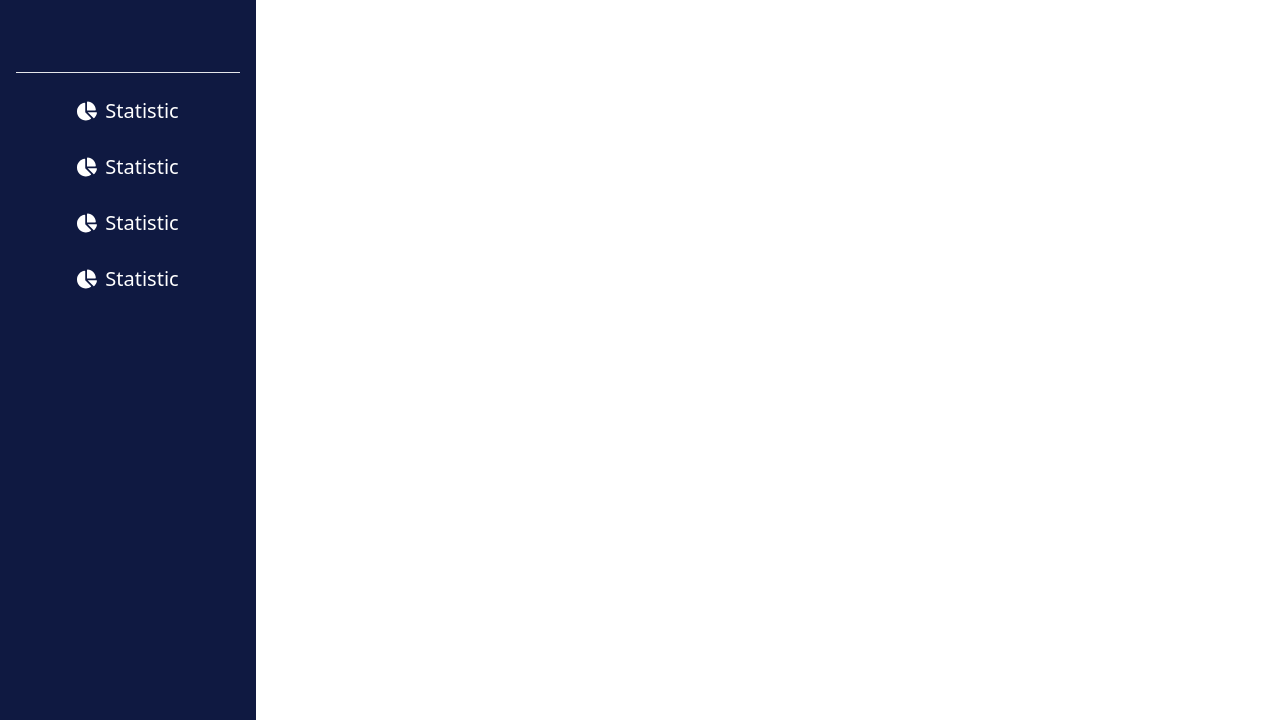
Repository: huynhvanngoan/COMP1640FE-Template
Page: /admin
An editor plug-in stored every save of this project. The page is shown before and after the next save, followed by the edit.
The browser window is 1280 px wide. The pictures show the whole page.
The project was rebuilt for these pictures with package versions that can differ from the ones it lists, and the page was loaded fresh each time. Also part of the build but not shown: src/components/buttonStyles.js, src/pages/LoginPage.jsx, src/pages/admin/AdminDashboard.jsx, src/pages/student/StudentDashboard.jsx, src/pages/department/DepartmentDashboard.jsx, src/pages/marketing/MarketingDashboard.jsx, src/pages/guest/GuestDashboard.jsx.

Above is the page before, as saved 2024-03-24 00:57:40.

### src/index.js
import React from 'react';
import ReactDOM from 'react-dom/client';
import './index.css';
import App from './App';

const root = ReactDOM.createRoot(document.getElementById('root'));
root.render(
  <React.StrictMode>
      <App />
  </React.StrictMode>
)

### src/index.css
@import url('https://fonts.googleapis.com/css2?family=Inter:wght@100;200;300;400;500;600;700;800;900&display=swap');
@tailwind base;
@tailwind components;
@tailwind utilities;

### src/App.js
import React from 'react'
import { BrowserRouter as Router, Routes, Route, Navigate } from "react-router-dom";
import LoginPage from './pages/LoginPage';
import AdminDashboard from './pages/admin/AdminDashboard';
import StudentDashboard from './pages/student/StudentDashboard';
import DepartmentDashboard from './pages/department/DepartmentDashboard';
import MarketingDashboard from './pages/marketing/MarketingDashboard';
import GuestDashboard from './pages/guest/GuestDashboard';
import Layout from './pages/admin/layout';
const App = () => {


  return (
    <Router>
        <Routes>
          <Route path="/login" element={<LoginPage/>} />

          <Route path="/admin" element={<Layout />}/>

          <Route path="/student-dashboard" element={<StudentDashboard />}/>

          <Route path="/guest-dashboard" element={<GuestDashboard />}/>

          <Route path="/department-dashboard" element={<DepartmentDashboard />}/>

          <Route path="/marketing-dashboard" element={<MarketingDashboard />}/>

          {/* <Route path='/marketing-homepage' element={<MarketingHomePage  />}/> */}

          <Route path='*' element={<Navigate to="/login" />} />

        </Routes>
    </Router>
  )
}

export default App

### src/pages/admin/layout.js
import React from 'react';
import Sidebar from './Sidebar';


export default function Layout() {
  return (
    <>
        <Sidebar />
    </>
  );
}

### src/pages/admin/Sidebar.js
import React from 'react';
import { Link } from 'react-router-dom';
import { FaChartPie } from "react-icons/fa";

export default function Sidebar() {
  return (
    <div className='fixed left-0 top-0 w-64 h-full bg-[#0f1941] p-4 pt-14'>
        <div className='flex items-center'>
          <ul className='mt-4 border-t pt-4 w-full'>
            <li className='mb-3'>
              <Link to="#" className='flex w-full rounded-md justify-center items-center space-x-2 text-white px-4 py-2 text-xl hover:bg-[#080e24] '>
                <FaChartPie />
                <span>Statistic</span>
              </Link>
            </li>
            <li className='mb-3'>
              <Link to="#" className='flex w-full rounded-md justify-center items-center space-x-2 text-white px-4 py-2 text-xl hover:bg-[#080e24] '>
                <FaChartPie />
                <span>Statistic</span>
              </Link>
            </li>
            <li className='mb-3'>
              <Link to="#" className='flex w-full rounded-md justify-center items-center space-x-2 text-white px-4 py-2 text-xl hover:bg-[#080e24] '>
                <FaChartPie />
                <span>Statistic</span>
              </Link>
            </li>
            <li className='mb-3'>
              <Link to="#" className='flex w-full rounded-md justify-center items-center space-x-2 text-white px-4 py-2 text-xl hover:bg-[#080e24] '>
                <FaChartPie />
                <span>Statistic</span>
              </Link>
            </li>
          </ul>
        </div>
    </div>
  );
}

### tailwind.config.js
/** @type {import('tailwindcss').Config} */
module.exports = {
  content: [
    "./src/**/*.{js,jsx,ts,tsx}",
  ],
  theme: {
    extend: {
      fontFamily: {
        "inter": ["Inter", "sans-serif"]
      }
    },
  },
  plugins: [],
}

Loaded but not shown: public/index.html (common file)

After the next save:
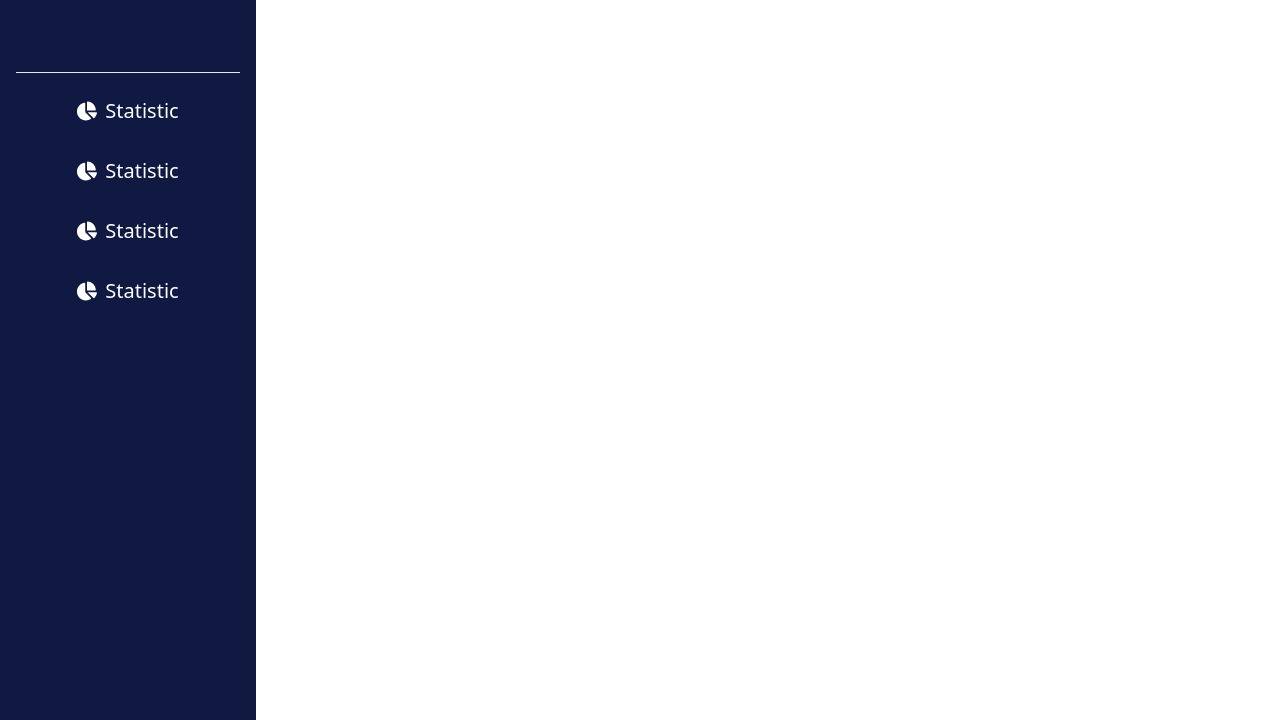
Saved 8 s later.
--- a/src/pages/admin/Sidebar.js
+++ b/src/pages/admin/Sidebar.js
@@ -7,25 +7,25 @@ export default function Sidebar() {
     <div className='fixed left-0 top-0 w-64 h-full bg-[#0f1941] p-4 pt-14'>
         <div className='flex items-center'>
           <ul className='mt-4 border-t pt-4 w-full'>
-            <li className='mb-3'>
+            <li className='mb-4'>
               <Link to="#" className='flex w-full rounded-md justify-center items-center space-x-2 text-white px-4 py-2 text-xl hover:bg-[#080e24] '>
                 <FaChartPie />
                 <span>Statistic</span>
               </Link>
             </li>
-            <li className='mb-3'>
+            <li className='mb-4'>
               <Link to="#" className='flex w-full rounded-md justify-center items-center space-x-2 text-white px-4 py-2 text-xl hover:bg-[#080e24] '>
                 <FaChartPie />
                 <span>Statistic</span>
               </Link>
             </li>
-            <li className='mb-3'>
+            <li className='mb-4'>
               <Link to="#" className='flex w-full rounded-md justify-center items-center space-x-2 text-white px-4 py-2 text-xl hover:bg-[#080e24] '>
                 <FaChartPie />
                 <span>Statistic</span>
               </Link>
             </li>
-            <li className='mb-3'>
+            <li className='mb-4'>
               <Link to="#" className='flex w-full rounded-md justify-center items-center space-x-2 text-white px-4 py-2 text-xl hover:bg-[#080e24] '>
                 <FaChartPie />
                 <span>Statistic</span>
